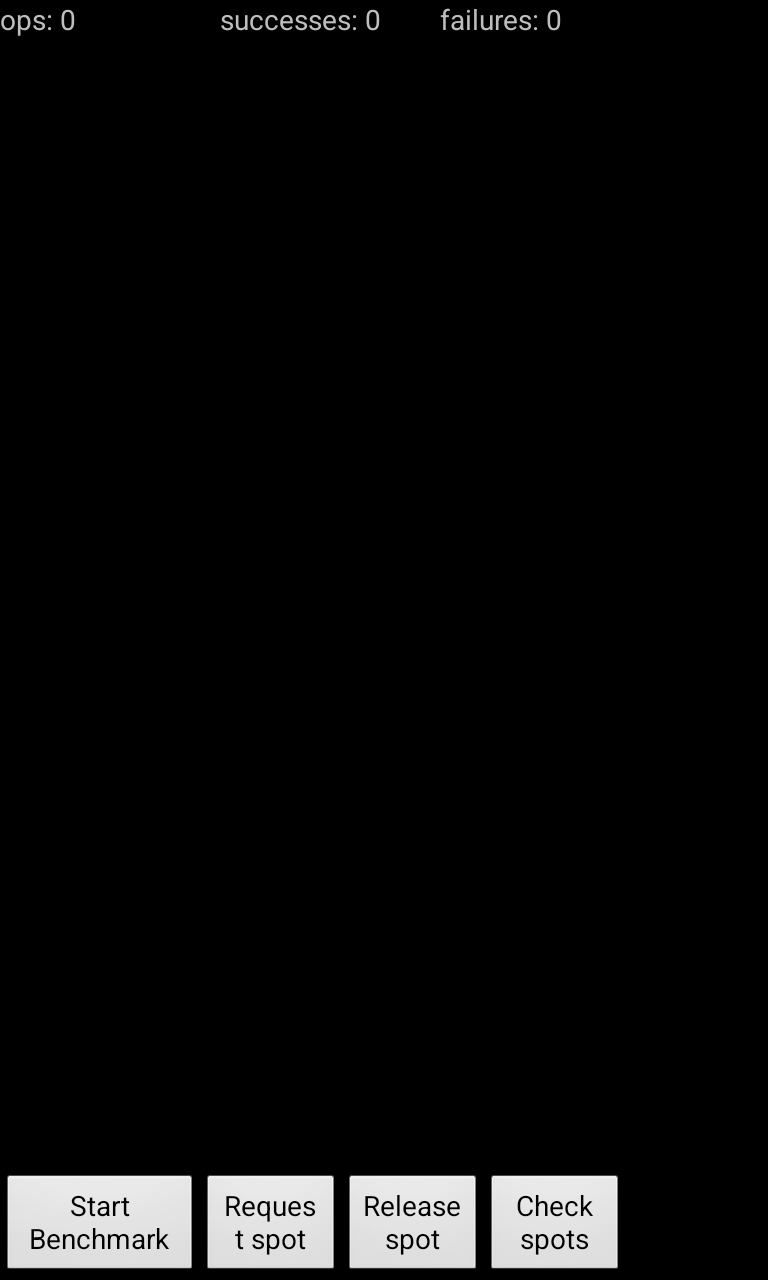
Repository: jasongao/csmcode
Layout: current/workspace/SMCloud/res/layout/main.xml
The author's editor kept a copy of each file at every save. The layout is drawn from the files as they stood at one save, then again after the next save.
It is drawn on a 768 x 1280 px phone screen (xhdpi) without system bars, with theme android:Theme; the app's code is not run. Lists and similar views that code fills are empty.

Above is the layout before, as saved 2011-07-14 16:01:09.

After the next save:
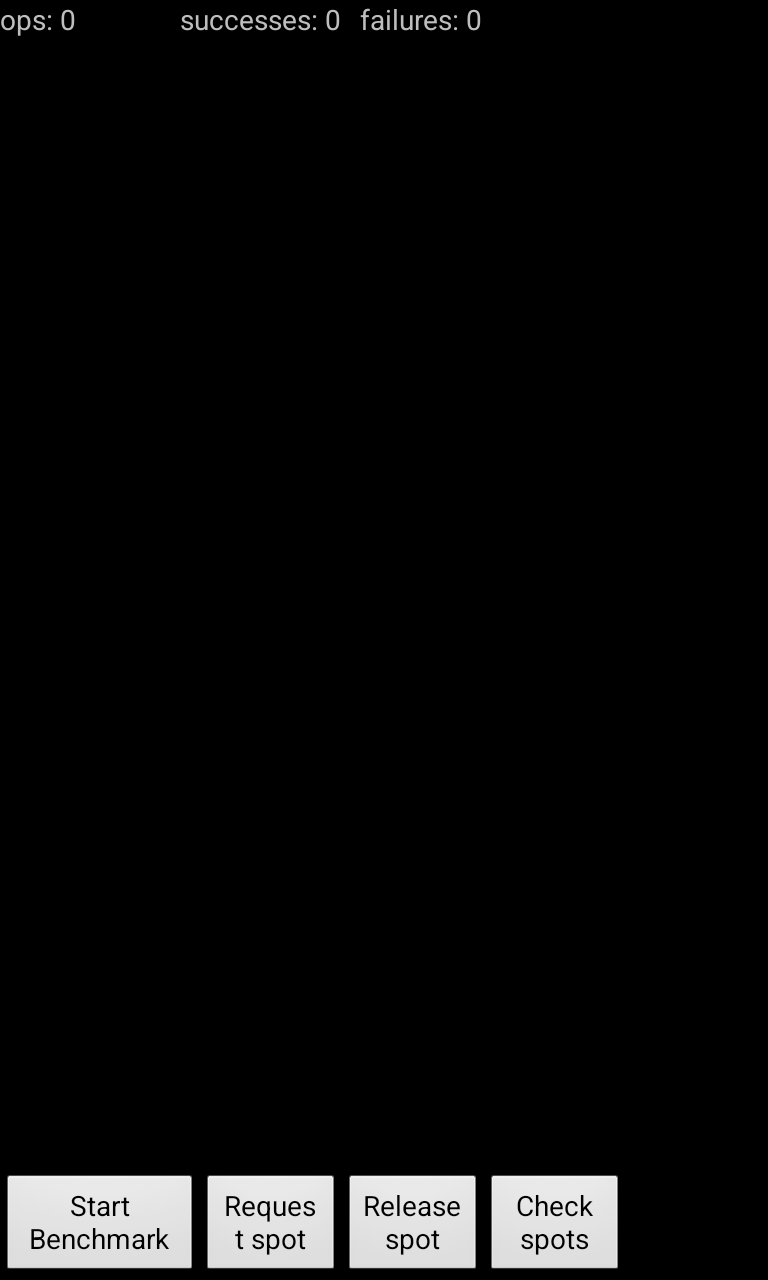
Saved 21 s later.
--- a/current/workspace/SMCloud/res/layout/main.xml
+++ b/current/workspace/SMCloud/res/layout/main.xml
@@ -6,11 +6,11 @@
 	<LinearLayout android:layout_width="match_parent"
 		android:layout_height="wrap_content" android:id="@+id/CountInfoLayout">
 		<TextView android:text="ops: 0" android:layout_height="wrap_content"
-			android:id="@+id/opcount_tv" android:layout_width="110dip"></TextView>
+			android:id="@+id/opcount_tv" android:layout_width="90dip"></TextView>
 		<TextView android:text="successes: 0" android:layout_height="wrap_content"
-			android:id="@+id/successcount_tv" android:layout_width="110dip"></TextView>
+			android:id="@+id/successcount_tv" android:layout_width="90dip"></TextView>
 		<TextView android:text="failures: 0" android:layout_height="wrap_content"
-			android:id="@+id/failurecount_tv" android:layout_width="110dip"></TextView>
+			android:id="@+id/failurecount_tv" android:layout_width="90dip"></TextView>
 	</LinearLayout>
 
 	<ListView android:id="@+id/msgList" android:layout_width="fill_parent"
